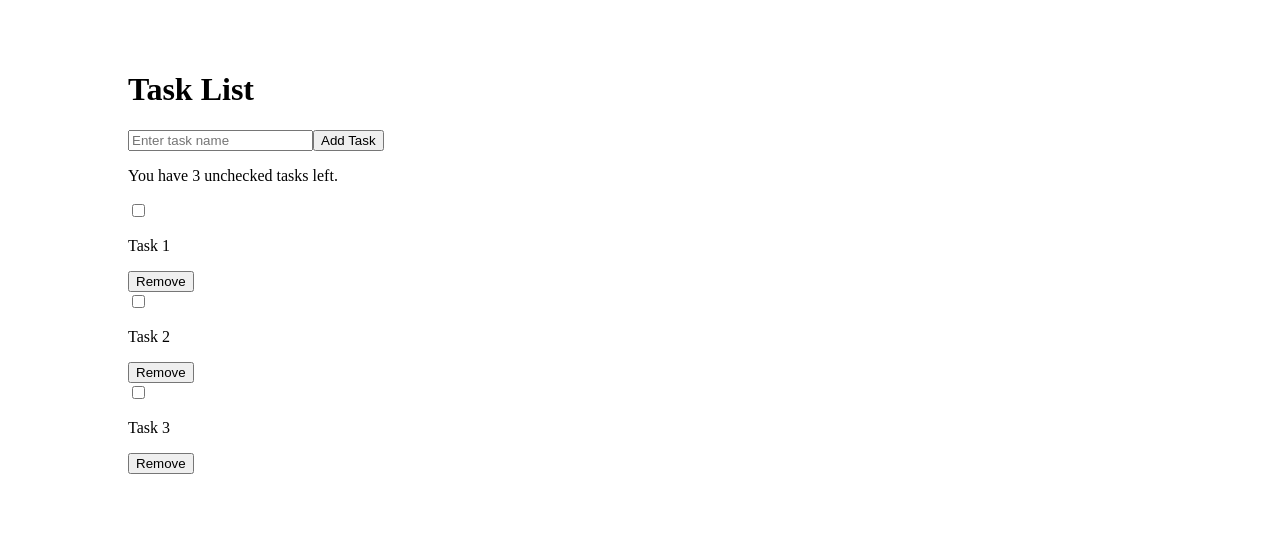
Repository: SandyLy453/task-list
Page: /
The author's editor kept a copy of each file at every save. The page is drawn from the files as they stood at one save, then again after the next save.
The browser window is 1280 px wide. The pictures show the whole page.
The project was rebuilt for these pictures with package versions that can differ from the ones it lists, and the page was loaded fresh each time. Also part of the build but not shown: vite.config.js.

Above is the page before, as saved 2024-10-11 15:17:25.

After the next save:
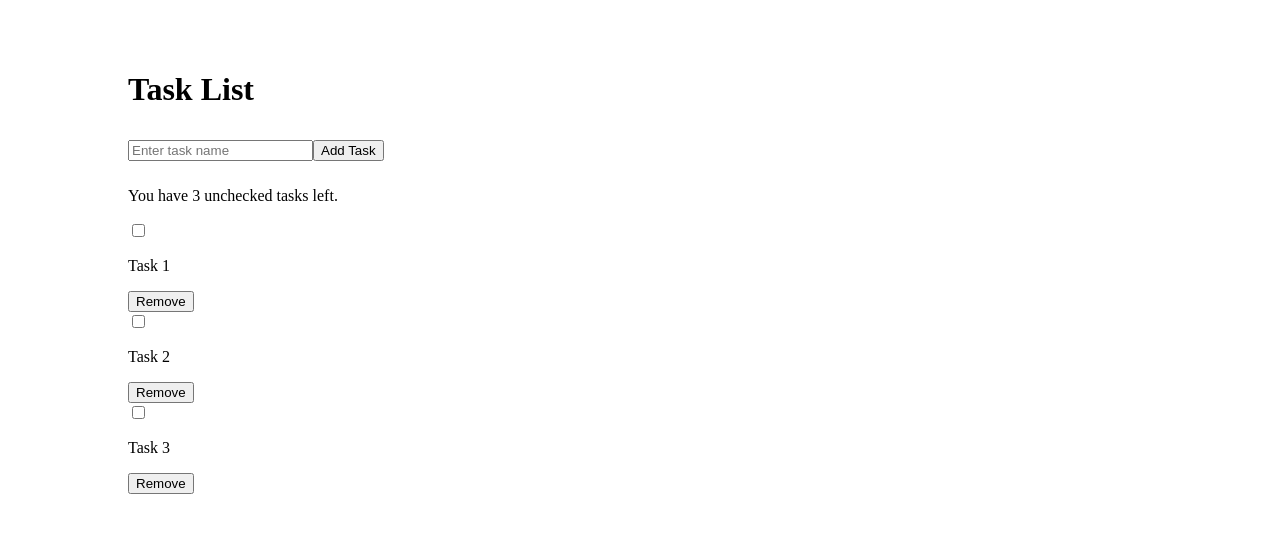
Saved 30 s later.
--- a/src/index.css
+++ b/src/index.css
@@ -2,3 +2,7 @@
   padding: 20px;
   margin: 30px 100px;
 }
+
+.inputBox {
+  padding: 10px 0 10px 0;
+}
